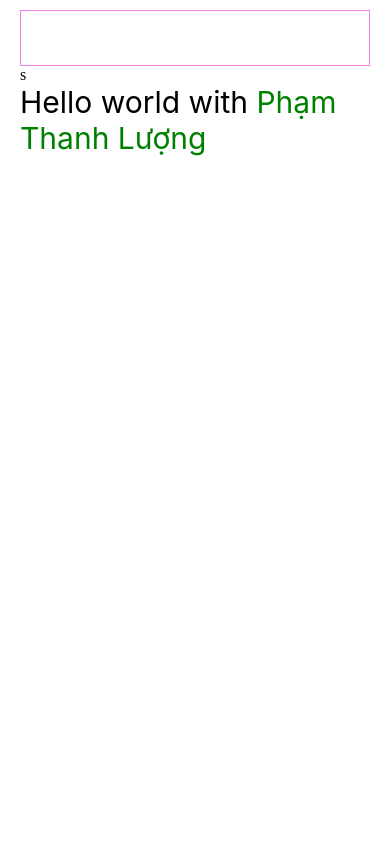
Repository: LuongPTCE181311/React-Native-Ultimate
Screen: /
These files come from the project's save history. The screen is drawn as it stood at one moment and after a run of saves; the edit follows.
The app was drawn by React Native's web renderer in a window 390 px wide. The project was rebuilt for these pictures with package versions that can differ from the ones it lists, and the page was loaded fresh each time. Some packages were replaced by stand-ins written for this rebuild.

Above is the screen before, as saved 2026-05-30 15:41:22.

After the next 4 saves:
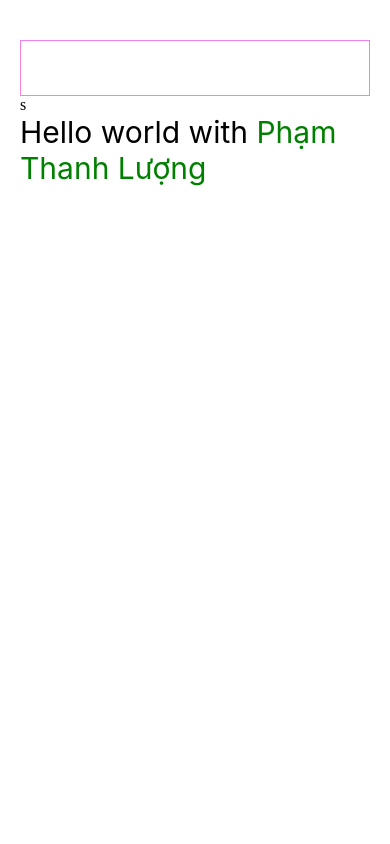
The 4 saves are shown as one change because they came seconds apart.
The last was saved 12 s later.
--- a/App.tsx
+++ b/App.tsx
@@ -48,7 +48,7 @@ const styles = StyleSheet.create({
     // alignItems: 'center',
     // justifyContent: 'center'
     padding: 20,
-    paddingTop: 10
+    paddingTop: 40,
   },
   borderInput: {
     borderColor: "violet",
